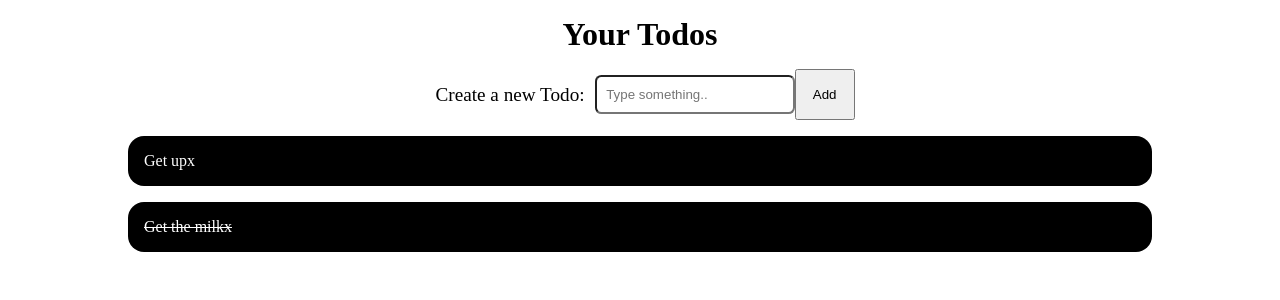
Repository: Heeeeeppo/todo-list
Page: / (app in frontend/)
The author's editor kept a copy of each file at every save. The page is drawn from the files as they stood at one save, then again after the next save.
The browser window is 1280 px wide. The pictures show the whole page.
The project was rebuilt for these pictures with package versions that can differ from the ones it lists, and the page was loaded fresh each time.

Above is the page before, as saved 2023-11-07 19:39:57.

After the next save:
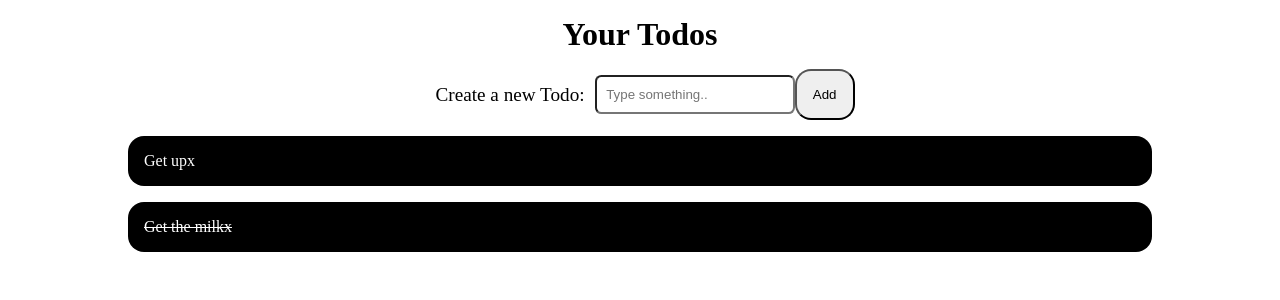
Saved 7 s later.
--- a/frontend/src/index.css
+++ b/frontend/src/index.css
@@ -35,6 +35,7 @@ input {
 
 button {
   padding: 1rem;
+  border-radius: 1rem;
 }
 
 .todo {
